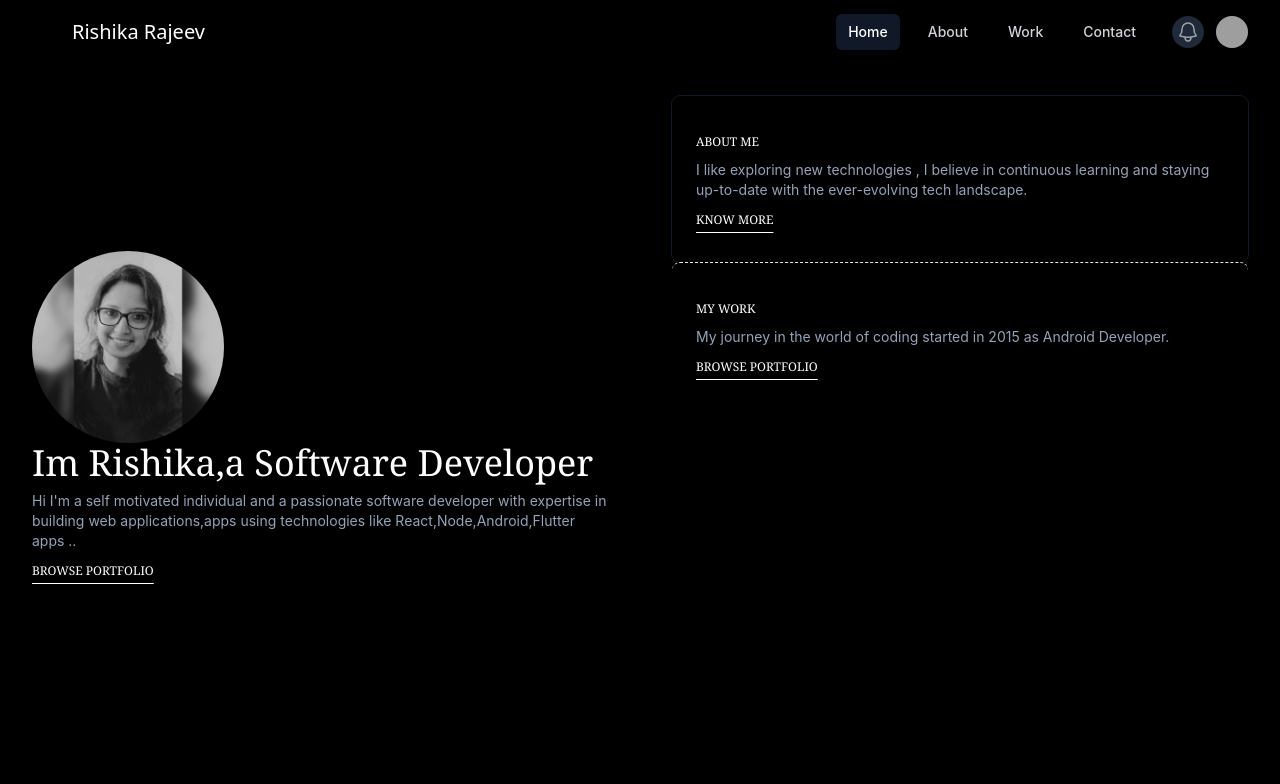
Repository: rishikarajeev/portfolio_rishika
Page: /
An editor plug-in stored every save of this project. The page is shown before and after a run of saves, followed by the edit.
The browser window is 1280 px wide. The pictures show the whole page.
Pictures or frames that could not be fetched are drawn as grey boxes. The project was rebuilt for these pictures with package versions that can differ from the ones it lists, and the page was loaded fresh each time. Also part of the build but not shown: src/Pages/About.jsx, src/Pages/Contact.jsx, src/Components/Work.jsx, src/Components/Project.jsx, src/Pages/Mywork.jsx.

Above is the page before, as saved 2023-10-23 18:30:10.

After the next 3 saves:
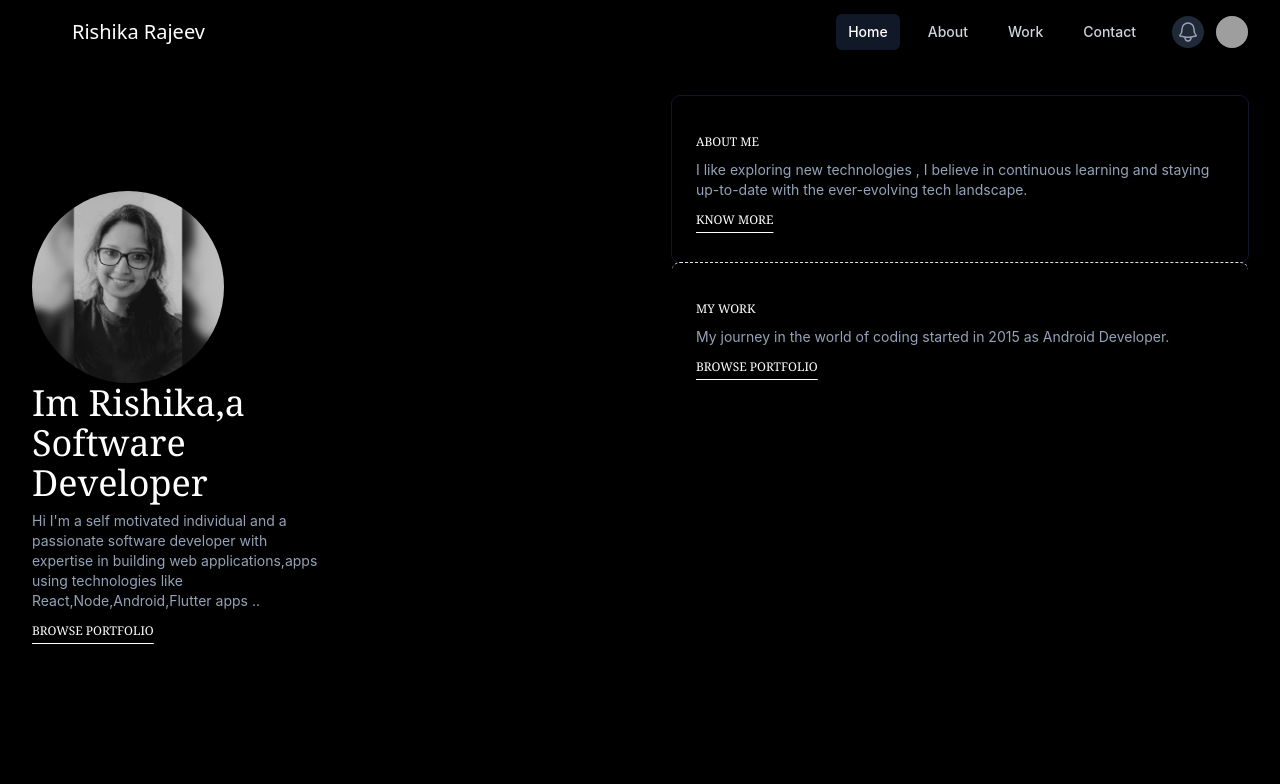
The 3 saves are shown as one change because they came seconds apart.
The last was saved 2 min 10 s later.
--- a/src/Pages/Home.jsx
+++ b/src/Pages/Home.jsx
@@ -9,7 +9,7 @@ function Home() {
     <div className="App" class="dark md:bg-black ">
     <Nav />
     <div class="grid grid-cols-2 h-screen dark md:bg-black  ">
-      <div class="flex justify-center items-center m-8 ">
+      <div class="grid grid-cols-2 justify-center items-center m-8 ">
         <div class=" dark:bg-black rounded-lg   mb-4 shadow-xl  ">
           <div class="md:flex">
             <div class="md:shrink-0">
